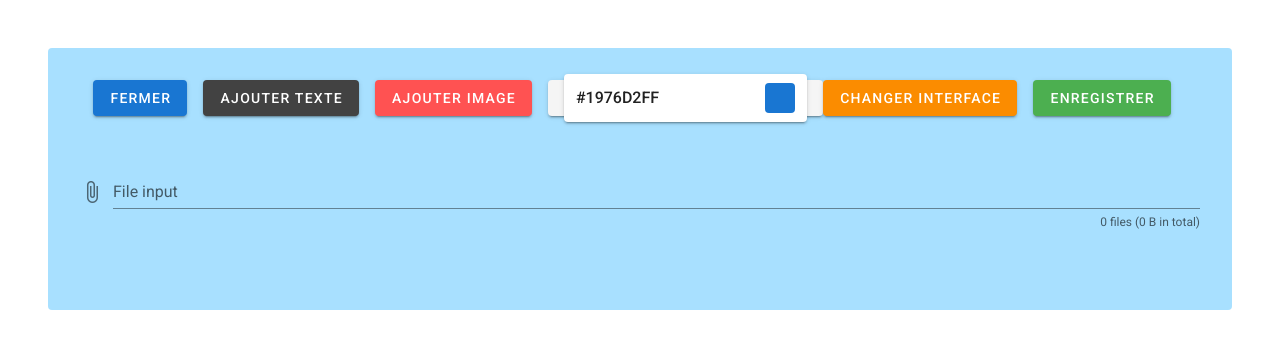
Repository: Hamagistral/BannerApp-Vue
Page: /#/dynamicPage
These files come from the project's save history. The page is drawn as it stood at one moment and after the next save; the edit follows.
The browser window is 1280 px wide. The pictures show the whole page.
The project was rebuilt for these pictures with package versions that can differ from the ones it lists, and the page was loaded fresh each time. Also part of the build but not shown: vue.config.js, src/components/WidgetText.vue, src/components/WidgetImage.vue, src/components/Home.vue.

Above is the page before, as saved 2023-02-07 01:48:02.

After the next save:
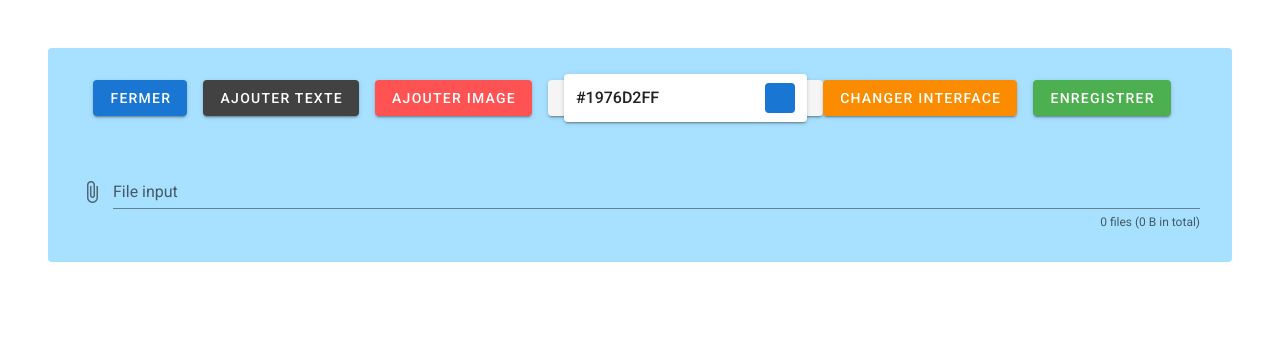
Saved 13 s later.
--- a/src/components/DynamicPage.vue
+++ b/src/components/DynamicPage.vue
@@ -47,7 +47,7 @@
             multiple
             label="File input"
             v-model="chosenFile"
-            class="my-12"
+            class="mt-12"
           ></v-file-input>
         </template>
       </v-form>
